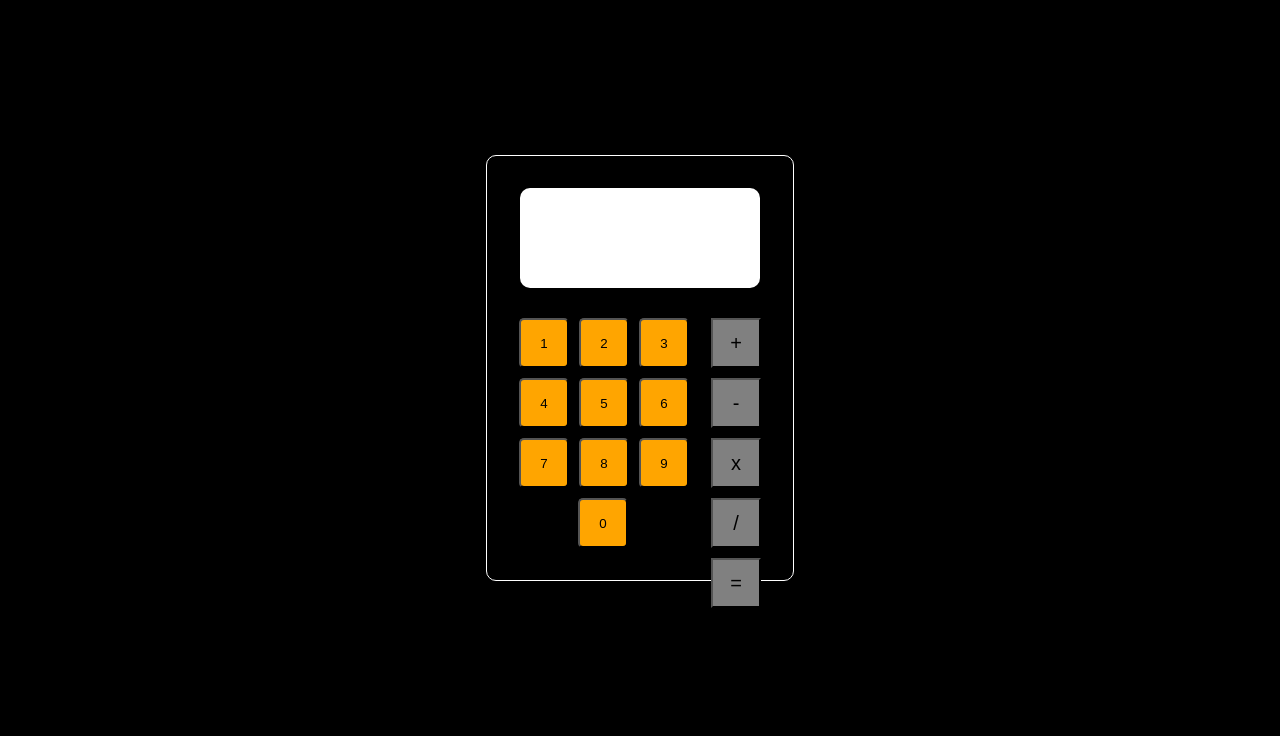
Repository: askan-ken/Simple-calculator
Page: index.html
These files come from the project's save history. The page is drawn as it stood at one moment and after a run of saves; the edit follows.
The browser window is 1280 px wide. The pictures show the whole page.

Above is the page before, as saved 2023-02-17 05:12:25.
Console error: TypeError: Cannot read properties of null (reading 'addEventListener')

### index.html
<!DOCTYPE html>
<html lang="en">
<head>
  <meta charset="UTF-8">
  <meta http-equiv="X-UA-Compatible" content="IE=edge">
  <meta name="viewport" content="width=device-width, initial-scale=1.0">
  <title>Calculator</title>
  <link rel="stylesheet" href="./style.css">
  <script src="./script.js"></script>
</head>
<style>
  body{
    height: 100vh;
    background-color: black;
    color: white;
    display: flex;
    justify-content: center;
    align-items: center;
  }
</style>
<body>
  <div class="container">
    <div class="display">
      <div class="displays" id="display">

      </div>
    </div>
    <div class="buttons">
      <div class="number">
        <button class="numbers">1</button>
        <button class="numbers">2</button>
        <button class="numbers">3</button>
        <button class="numbers">4</button>
        <button class="numbers">5</button>
        <button class="numbers">6</button>
        <button class="numbers">7</button>
        <button class="numbers">8</button>
        <button class="numbers">9</button>
        <button class="numbers zero">0</button>
      </div>
      <div class="operator">
        <button class="operators">+</button>
        <button class="operators">-</button>
        <button class="operators">x</button>
        <button class="operators">/</button>
        <button class="operators samadengan">=</button>
      </div>
    </div>
  </div>
</body>
</html>

### style.css
.container {
  display: flex;
  flex-direction: column;
  justify-content: center;
  align-items: center;
  gap: 30px;
  border: 1px solid white;
  border-radius: 10px;
  padding: 2rem;
  -webkit-border-radius: 10px;
  -moz-border-radius: 10px;
  -ms-border-radius: 10px;
  -o-border-radius: 10px;
}
.displays {
  width: 240px;
  height: 100px;
  background-color: white;
  border-radius: 10px;
  -webkit-border-radius: 10px;
  -moz-border-radius: 10px;
  -ms-border-radius: 10px;
  -o-border-radius: 10px;
}
.buttons {
  display: grid;
  grid-template-columns: 180px 50px;
  grid-template-rows: 230px;
  grid-column-gap: 12px;
  grid-row-gap: 0px;
}
.number {
  display: grid;
  grid-template-columns: repeat(3, 50px);
  grid-template-rows: repeat(4, 50px);
  grid-column-gap: 10px;
  grid-row-gap: 10px;
}
.numbers {
  background-color: orange;
  border-radius: 5px;
  -webkit-border-radius: 5px;
  -moz-border-radius: 5px;
  -ms-border-radius: 5px;
  -o-border-radius: 5px;
  cursor: pointer;
}
.zero {
  position: relative;
  left: 59px;
}

.operator {
  display: grid;
  grid-template-columns: 50px;
  grid-template-rows: repeat(5, 50px);
  grid-column-gap: 0px;
  grid-row-gap: 10px;
}
.operators{
    background-color: gray;
    color: black;
    font-size: 20px;
}

### script.js
const plus = document.getElementById('plus');
const minus = document.getElementById('minus');
const counts = document.querySelectorAll('#count');


function addNumber(number) {
    for(let i = 0 ; i < counts.length; i++){
        counts[i].textContent = parseInt(counts[i].textContent) + number
    }
}
function subtractNumber(number) {
    for(let i = 0; i < counts.length; i++){
        counts[i].textContent = parseInt(counts[i].textContent) - number
    }
}


plus.addEventListener('click', function(){
    addNumber(1)
})

minus.addEventListener('click', function(){
    subtractNumber(1)
})

After the next 9 saves:
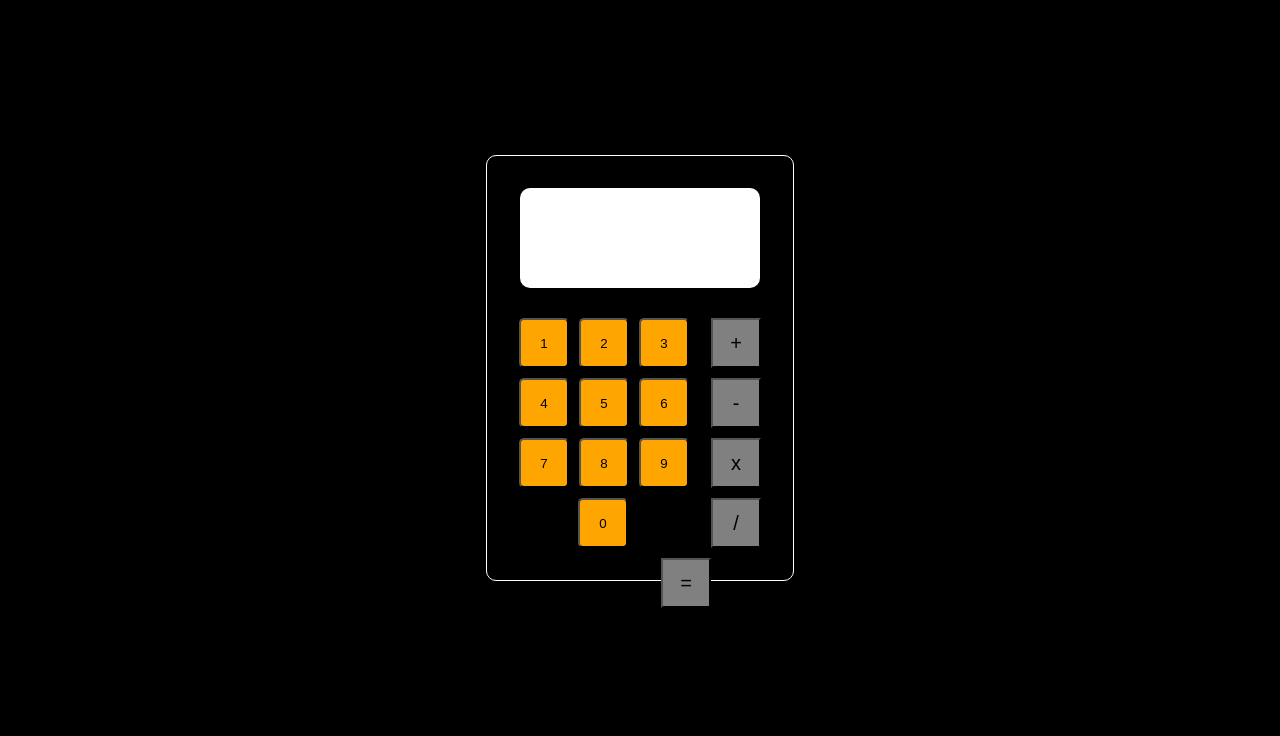
The 9 saves are shown as one change because they came seconds apart.
The last was saved 15 s later.
--- a/style.css
+++ b/style.css
@@ -62,3 +62,7 @@
     color: black;
     font-size: 20px;
 }
+.samadengan{
+    position: relative;
+    right: 50px;
+}
